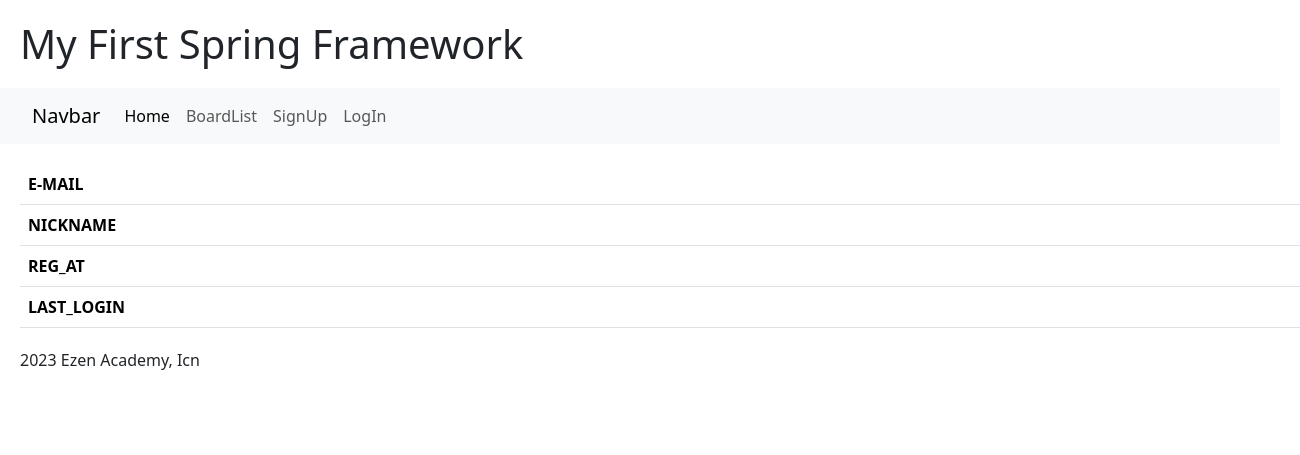
Repository: halsooitda/spring-java
Page: http://localhost/springProject/WEB-INF/views/member/detail.jsp
An editor plug-in stored every save of this project. The page is shown before and after the next save, followed by the edit.
The browser window is 1280 px wide. The page is 1300 px wide, so the pictures cover 1300 px, including what lies to the right of the window. The pictures show the whole page.
The page is served by Tomcat 9. Nobody is signed in. Other server files are loaded and not shown. The template is opened directly, without the code that normally fills it, so the values that code supplies are empty.

Above is the page before, as saved 2023-10-31 07:20:52.
Console error: TypeError: Cannot read properties of null (reading 'addEventListener')

### springProject/src/main/webapp/WEB-INF/views/member/detail.jsp
<%@ page language="java" contentType="text/html; charset=UTF-8"
    pageEncoding="UTF-8"%>
<%@ taglib uri="http://java.sun.com/jsp/jstl/core" prefix="c" %>
<!DOCTYPE html>
<html>
<head>
<meta charset="UTF-8">
<title>Member Detail</title>
<style type="text/css">
	table{
		margin: 20px;
	}
</style>
</head>
<body>
<jsp:include page="../common/header.jsp"/>
<jsp:include page="../common/nav.jsp"/>

<c:set value="${mvo }" var="mvo"></c:set>
	<table class="table">
		<tr>
			<th>E-MAIL</th>
			<td>${mvo.email }</td>
		</tr>
		<tr>
			<th>NICKNAME</th>
			<td>${mvo.nickName }</td>
		</tr>
		<tr>
			<th>REG_AT</th>
			<td>${mvo.regAt }</td>
		</tr>
		<tr>
			<th>LAST_LOGIN</th>
			<td>${mvo.lastLogin }</td>
		</tr>
	</table>

<jsp:include page="../common/footer.jsp"/>
</body>
</html>

### springProject/src/main/webapp/WEB-INF/views/common/header.jsp
<%@ page language="java" contentType="text/html; charset=UTF-8"
    pageEncoding="UTF-8"%>
<%@ taglib uri="http://java.sun.com/jsp/jstl/core" prefix="c"%>
<!DOCTYPE html>
<html>
<head>
<meta charset="UTF-8">
<title>Header</title>
<link href="https://cdn.jsdelivr.net/npm/bootstrap@5.3.1/dist/css/bootstrap.min.css" rel="stylesheet" integrity="sha384-4bw+/aepP/YC94hEpVNVgiZdgIC5+VKNBQNGCHeKRQN+PtmoHDEXuppvnDJzQIu9" crossorigin="anonymous">
<script src="https://cdn.jsdelivr.net/npm/bootstrap@5.3.1/dist/js/bootstrap.bundle.min.js" integrity="sha384-HwwvtgBNo3bZJJLYd8oVXjrBZt8cqVSpeBNS5n7C8IVInixGAoxmnlMuBnhbgrkm" crossorigin="anonymous"></script>
<style type="text/css">
	h1, p, h3{
		margin: 20px;
	}
</style>
</head>
<body>
<h1>My First Spring Framework</h1>

</body>
</html>

### springProject/src/main/webapp/WEB-INF/views/common/nav.jsp
<%@ page language="java" contentType="text/html; charset=UTF-8"
    pageEncoding="UTF-8"%>
<%@ taglib uri="http://java.sun.com/jsp/jstl/core" prefix="c"%>
<%@ taglib prefix="sec" uri="http://www.springframework.org/security/tags" %>
<!DOCTYPE html>
<html>
<head>
<meta charset="UTF-8">
<title>Nav</title>
<style type="text/css">
	.container-fluid{
		margin-left: 20px;
	}
</style>
</head>
<body>
<header>
	<nav class="navbar navbar-expand-lg bg-body-tertiary">
  <div class="container-fluid">
    <a class="navbar-brand" href="#">Navbar</a>
    <button class="navbar-toggler" type="button" data-bs-toggle="collapse" data-bs-target="#navbarSupportedContent" aria-controls="navbarSupportedContent" aria-expanded="false" aria-label="Toggle navigation">
      <span class="navbar-toggler-icon"></span>
    </button>
    <div class="collapse navbar-collapse" id="navbarSupportedContent">
      <ul class="navbar-nav me-auto mb-2 mb-lg-0">

        <li class="nav-item">
          <a class="nav-link active" aria-current="page" href="/">Home</a>
        </li>
        <li class="nav-item">
          <a class="nav-link" href="/board/list">BoardList</a>
        </li>

		<!-- 인증이 된 사용자들만 -->
        <sec:authorize access="isAuthenticated()">
        <!-- 현재 인증한 사용자의 정보를 가져와서 해당 권한이 있는 케이스를 open -->
        <!-- 사용자 정보는 principal -->
        <sec:authentication property="principal.mvo.email" var="authEmail" />
        <sec:authentication property="principal.mvo.nickName" var="authNick"/>
        <sec:authentication property="principal.mvo.authList" var="auths"/>

		<li class="nav-item">
			<a class="nav-link" href="/board/register">BoardReg</a>
		          				<!-- controller -->
		</li>
        <c:choose>
        	<c:when test="${auths.stream().anyMatch(authVO -> authVO.auth.equals('ROLE_ADMIN')).get() }">
        		<!-- admin 계정만 할 수 있는 일을 처리 -->
        		<li class="nav-item">
        			<a class="nav-link" href="/member/list">admin > ${authNick }(${authEmail })</a>
        		</li>
        	</c:when>
        	<c:otherwise>
		        <!-- 로그인해야 open 되는 메뉴들 -->
        		<li class="nav-item">
        			<a class="nav-link" href="/member/detail?email=${authEmail }">${authNick }(${authEmail })</a>
        		</li>
        	</c:otherwise>
        </c:choose>

		<!-- get일때만 쿼리스트링으로 값 달고갈 수 있음 -->
	    <li class="nav-item">
			<a class="nav-link" href="" id="logoutLink">LogOut</a>
        </li>
		<form action="/member/logout" method="post" id="logoutForm">
			<input type="hidden" name="email" value="${authEmail }">
		</form>
        </sec:authorize>
        <!-- 권한이 있을 때 -->

        <!-- 권한이 없을 때(비회원) -->
        <!-- 아직 로그인 전 상태에서 오픈되어야 할 메뉴 -->
        <sec:authorize access="isAnonymous()">
	        <li class="nav-item">
	          <a class="nav-link" href="/member/register">SignUp</a>
	        </li>
	        <li class="nav-item">
	          <a class="nav-link" href="/member/login">LogIn</a>
	        </li>
        </sec:authorize>

      </ul>
    </div>
  </div>
</nav>
</header>

<script type="text/javascript">
document.getElementById('logoutLink').addEventListener('click', (e)=>{
	e.preventDefault(); //기존에 있던 이벤트를 없애는 형태
	document.getElementById('logoutForm').submit();
})
</script>

</body>
</html>

### springProject/src/main/webapp/WEB-INF/views/common/footer.jsp
<%@ page language="java" contentType="text/html; charset=UTF-8"
    pageEncoding="UTF-8"%>
<%@ taglib uri="http://java.sun.com/jsp/jstl/core" prefix="c"%>
<!DOCTYPE html>
<html>
<head>
<meta charset="UTF-8">
<title>Footer</title>

</head>
<body>
<div>
	<p>2023 Ezen Academy, Icn</p>
</div>
</body>
</html>

After the next save:
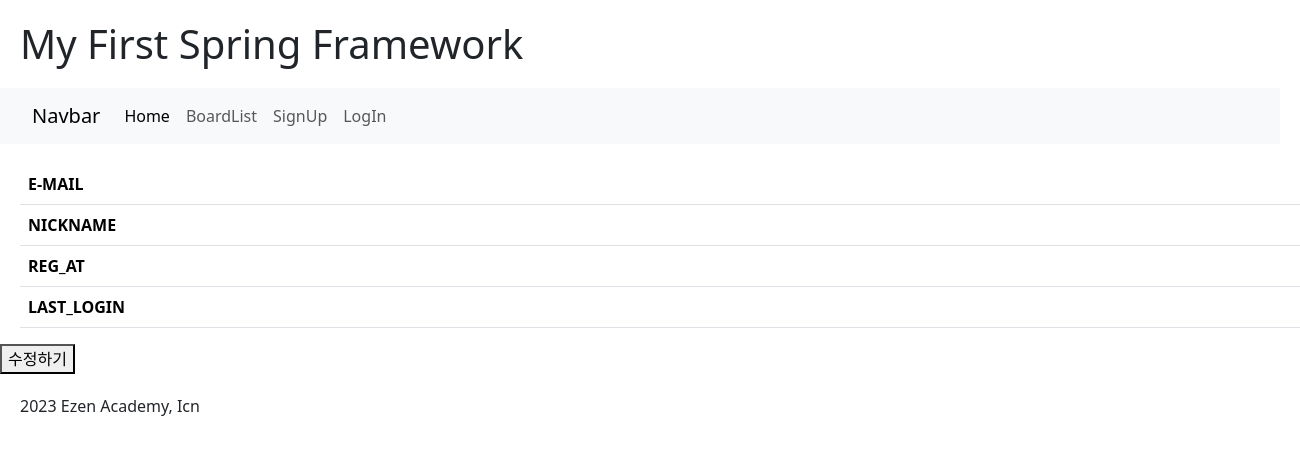
Saved 42 s later.
--- a/springProject/src/main/webapp/WEB-INF/views/member/detail.jsp
+++ b/springProject/src/main/webapp/WEB-INF/views/member/detail.jsp
@@ -35,6 +35,7 @@
 			<td>${mvo.lastLogin }</td>
 		</tr>
 	</table>
+	<a ><button>수정하기</button></a>
 
 <jsp:include page="../common/footer.jsp"/>
 </body>
